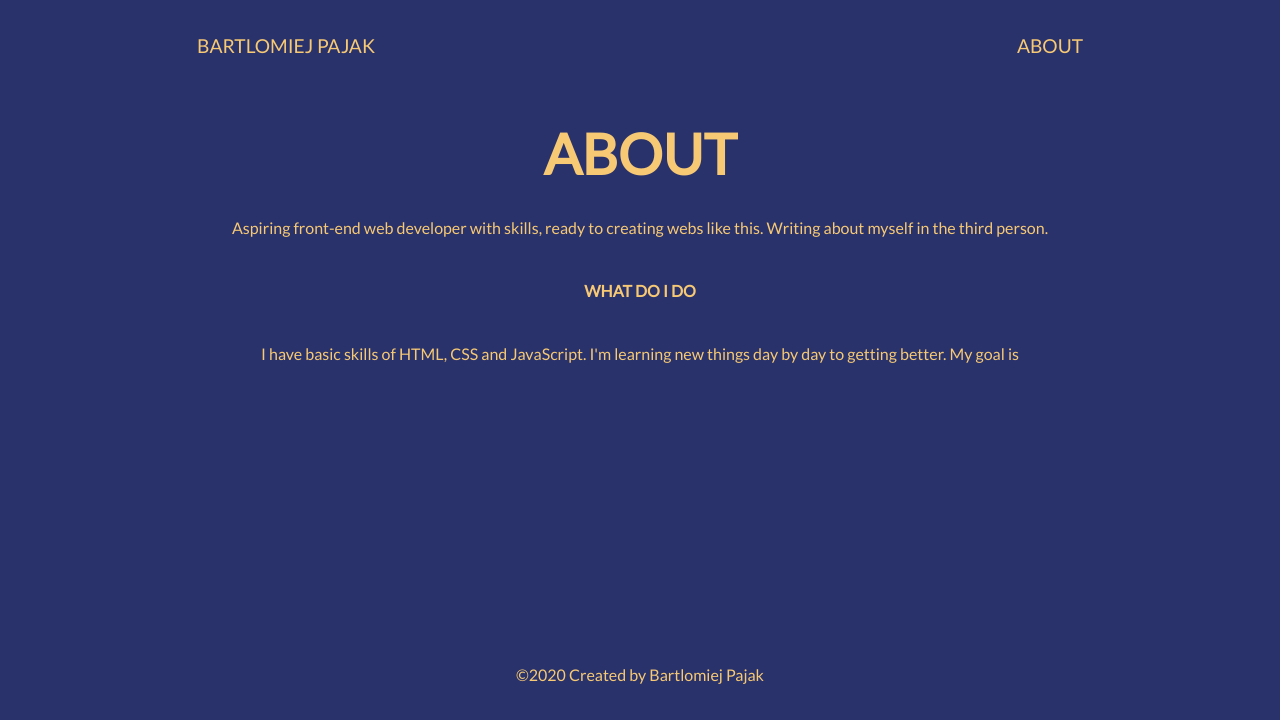
Repository: spidero7/personal-site
Page: about.html
The author's editor kept a copy of each file at every save. The page is drawn from the files as they stood at one save, then again after a run of saves.
The browser window is 1280 px wide. The pictures show the whole page.

Above is the page before, as saved 2020-04-16 20:59:48.

### about.html
<!DOCTYPE html>
<html>

    <head>
        <meta charset="utf-8">
        <title>Bartlomiej Pajak</title>
        <meta name="viewport" content="width=device-width, initial-scale=1">
        <link rel="stylesheet" href="css/normalize.css">
        <link href="https://fonts.googleapis.com/css2?family=Lato&display=swap" rel="stylesheet">
        <link rel="stylesheet" href="css/style.css">
        <link rel="stylesheet" href="css/flexbox.css">
    </head>

    <body>

        <div>
            <header class="main-header">
                <nav>
                    <ul class="main-nav">
                        <li><a href="index.html">Bartlomiej Pajak</a></li>
                        <li><a href="about.html">About</a></li>
                    </ul>
                </nav>
            </header>
        </div>

        <div class="about-container">

            <h1 class="about">About</h1>
            <p class="me">Aspiring front-end web developer with skills, ready to creating webs like this. Writing about myself in the third person.</p>
            <h4>What do I do</h4>
            <p>I have basic skills of HTML, CSS and JavaScript. I'm learning new things day by day to getting better. My goal is </p>

        </div>


        <footer class="main-footer">
            <span>&copy;2020 Created by Bartlomiej Pajak</span>
        </footer>

    </body>
</html>

### css/style.css
/* =================================
  Base Element Styles
==================================== */

* {
    box-sizing: border-box;
}

body {
    font-family: 'Lato', sans-serif;
    line-height: 1.6;
    color: #F7C974;
    margin: 0;
    background-color: #29326B;
}

h1 {
    text-transform: uppercase;
    text-align: center;
    display: block;
    font-size: 3.5em;
    margin-bottom: auto;

}

h4 {
    text-transform: uppercase;
    align-self: center;
}

ul {
    margin: 0;
    padding: 0;
    list-style: none;
}

a {
    text-decoration: none;
}

/* =================================
  Base Layout Styles
==================================== */

/* ---- Navigation ---- */

.main-nav {
    margin-top: 5px;
}

.main-nav a {
    text-align: center;
    display: block;
    padding: 5px 5px;
    color: #F7C974;
    text-transform: uppercase;
    font-weight: 500;
    font-size: 1.2em;
    margin-top: 15px;
}

.main-nav a:hover {
    color: rgb(212, 188, 144);
}

.target {
    text-align: center;
    display: block;
    font-weight: 500;
    font-size: 1.2em;
    margin-top: 10px;;
}

.about-container {
    width: 90%;
    margin: 0 auto;
    display: flex;
    flex-direction: column;
    align-items: center;
}

.me {
    text-align: center;
}

/* ---- Layout Containers ---- */

.main-header {
    padding-top: .35em;
    padding-bottom: .35em;
}

.container {
    padding: 1em 0;
    width: 80%;
    margin: 0 auto;
}

.main-footer {
    padding: 2em 0;
    margin-top: 30px;
    text-align: center;
}

/* =================================
  Media Queries
==================================== */


@media (min-width: 769px) {
    .main-header,
    .main-footer,
    .container  {
        width: 80%;
        margin: 0 auto;
    }

    .position {
        font-size: 4.5em;
    }

    .target {
        font-size: 1.4em;
    }

}

@media (min-width: 1025px) {
    .container{
        width: 60%;
        max-width: 810px;
    }
}

@media (min-width: 1025px) {
    .main-header {
        width: 70%;
    }
}

### css/flexbox.css
/* =================================
  Base Styles
==================================== */

body {
    display: flex;
    flex-direction: column;
    min-height: 100vh;
}

.main-footer {
    margin-top: auto;
}

/* =================================
  Media Queries
==================================== */

@media (min-width: 769px) {
    .main-nav {
        display: flex;
        flex-direction: row;
        justify-content: space-between;
    }

    .container {
        margin-top: 50px;
    }

}

Loaded but not shown: css/normalize.css (library)

After the next 3 saves:
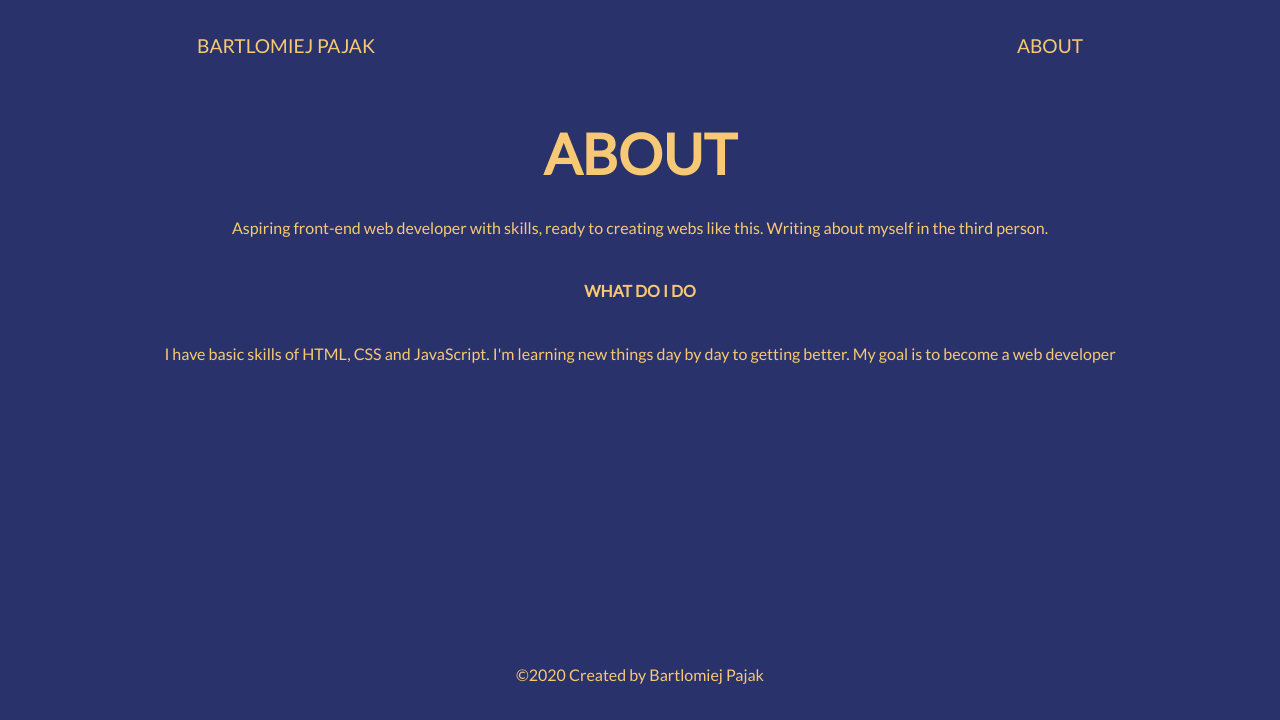
The 3 saves are shown as one change because they came seconds apart.
The last was saved 9 s later.
--- a/about.html
+++ b/about.html
@@ -29,7 +29,7 @@
             <h1 class="about">About</h1>
             <p class="me">Aspiring front-end web developer with skills, ready to creating webs like this. Writing about myself in the third person.</p>
             <h4>What do I do</h4>
-            <p>I have basic skills of HTML, CSS and JavaScript. I'm learning new things day by day to getting better. My goal is </p>
+            <p>I have basic skills of HTML, CSS and JavaScript. I'm learning new things day by day to getting better. My goal is to become a web developer</p>
 
         </div>
 
